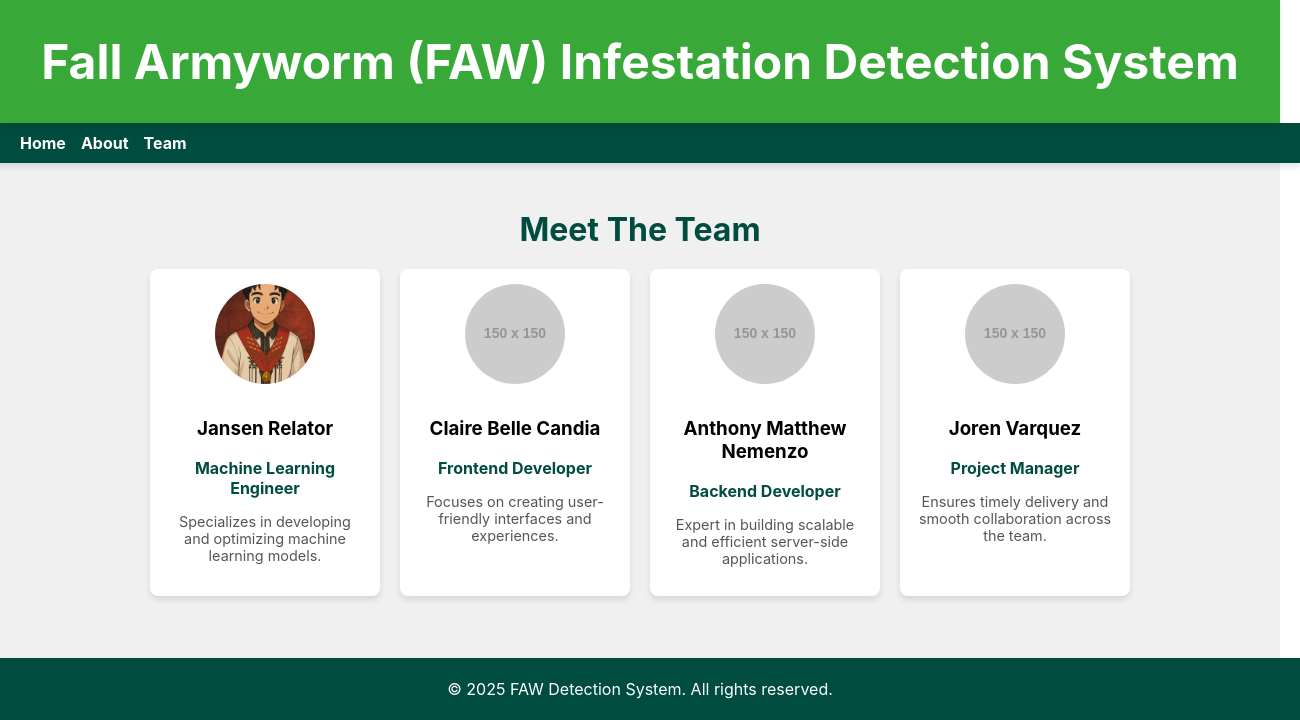
Repository: jansen223/faw-detection-main
Page: /team
The author's editor kept a copy of each file at every save. The page is drawn from the files as they stood at one save, then again after the next save.
The browser window is 1280 px wide. The page is 1300 px wide, so the pictures cover 1300 px, including what lies to the right of the window. The pictures show the whole page.
The page's requests for data from a server got no answer. The project was rebuilt for these pictures with package versions that can differ from the ones it lists, and the page was loaded fresh each time. No one was signed in, and anything a server would have sent is missing. Also part of the build but not shown: src/pages/Home.css, src/pages/Home.js, src/pages/About.css, src/pages/About.js, src/pages/Percentages.css, src/pages/Percentages.js.

Above is the page before, as saved 2025-04-10 16:00:17.

After the next save:
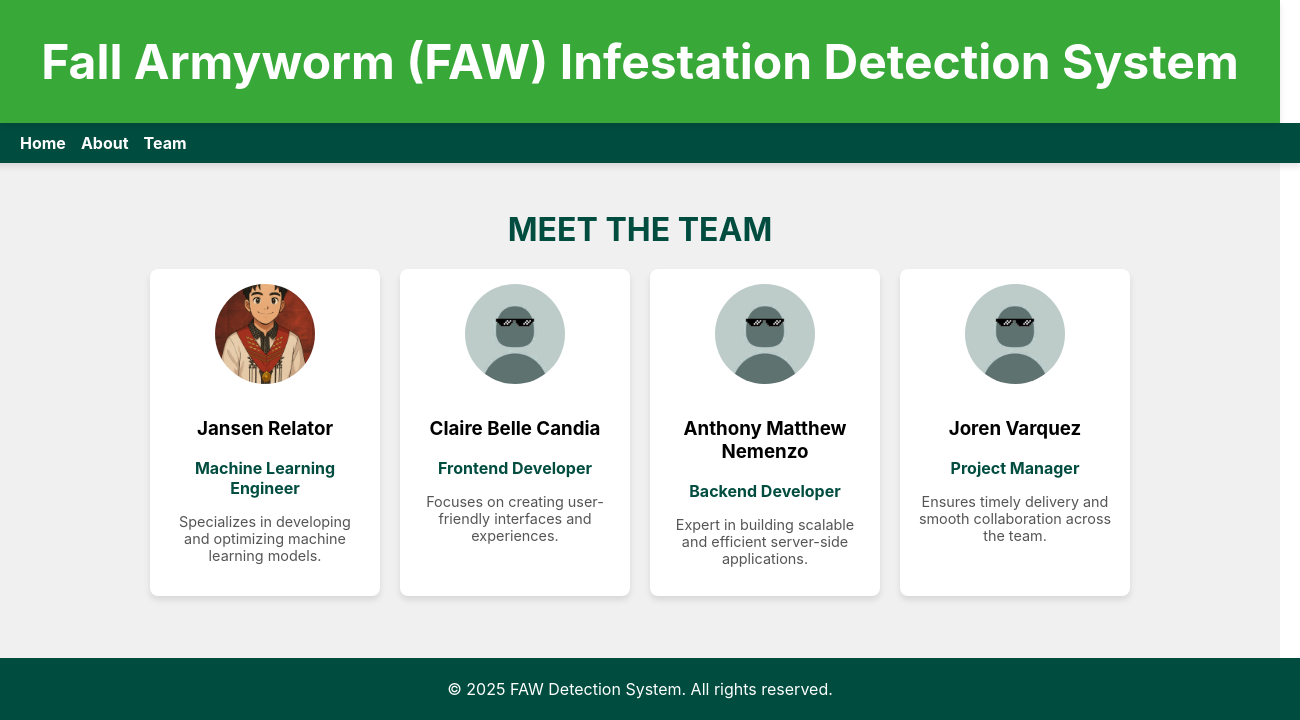
Saved 5 min 32 s later.
--- a/src/pages/Team.js
+++ b/src/pages/Team.js
@@ -13,25 +13,25 @@ function Team() {
       name: "Claire Belle Candia",
       role: "Frontend Developer",
       description: "Focuses on creating user-friendly interfaces and experiences.",
-      image: "https://via.placeholder.com/150"
+      image: "images/profile.jpg"
     },
     {
       name: "Anthony Matthew Nemenzo",
       role: "Backend Developer",
       description: "Expert in building scalable and efficient server-side applications.",
-      image: "https://via.placeholder.com/150"
+      image: "images/profile.jpg"
     },
     {
       name: "Joren Varquez",
       role: "Project Manager",
       description: "Ensures timely delivery and smooth collaboration across the team.",
-      image: "https://via.placeholder.com/150"
+      image: "images/profile.jpg"
     }
   ];
 
   return (
     <div className="team-container">
-      <h2>Meet The Team</h2>
+      <h2>MEET THE TEAM</h2>
       <div className="team-members">
         {teamMembers.map((member, index) => (
           <div key={index} className="team-member">
